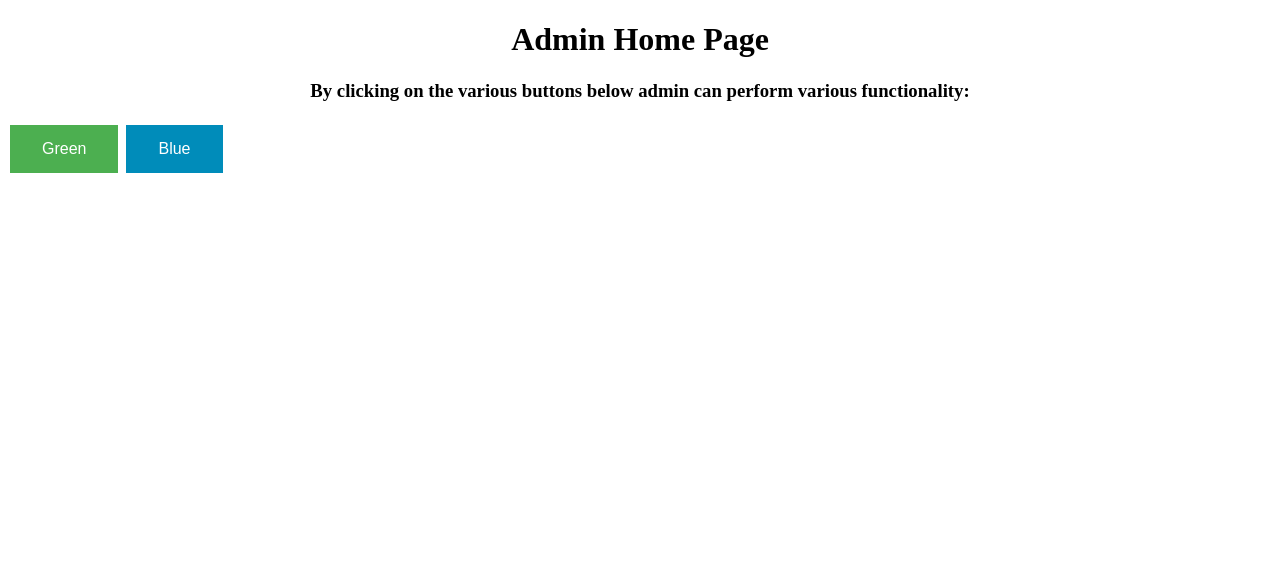
Repository: Shreya200012/FoodBox
Page: http://localhost/foodWeb/adminhome.jsp
The author's editor kept a copy of each file at every save. The page is drawn from the files as they stood at one save, then again after the next save.
The browser window is 1280 px wide. The pictures show the whole page.
The page is served by Tomcat 9.

Above is the page before, as saved 2022-06-14 11:48:35.

After the next save:
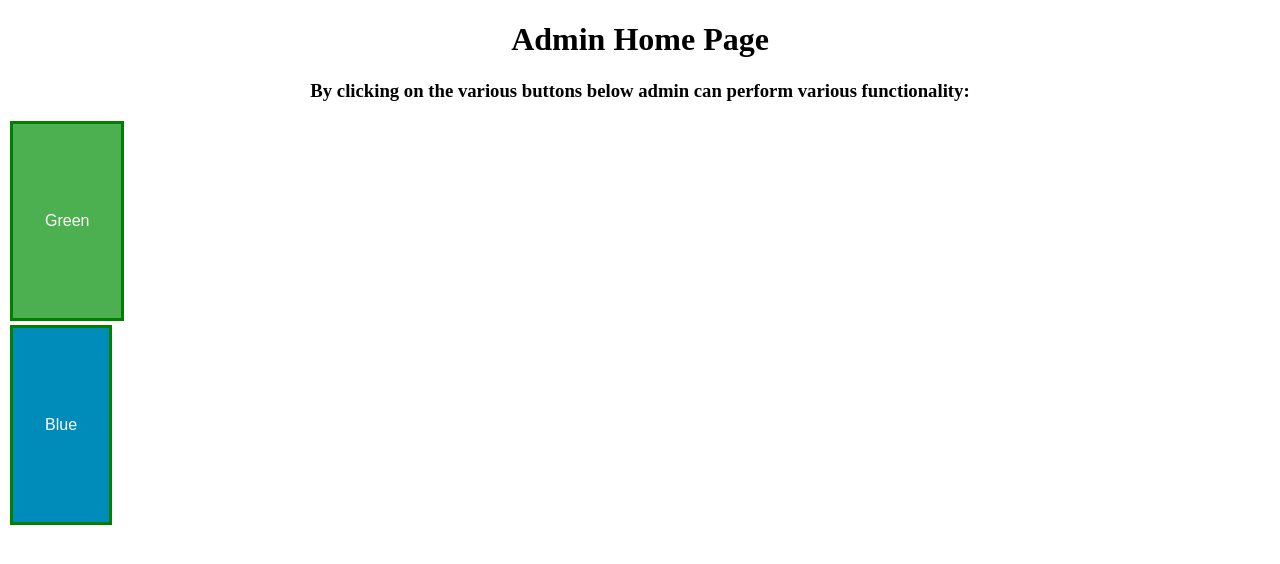
Saved 87 s later.
--- a/foodWeb/src/main/webapp/adminhome.jsp
+++ b/foodWeb/src/main/webapp/adminhome.jsp
@@ -17,6 +17,13 @@
   align: center;
 }
 
+.center {
+  display: flex;
+  justify-content: center;
+  align-items: center;
+  height: 200px;
+  border: 3px solid green;
+}
 .button1 {background-color: #4CAF50;} /* Green */
 .button2 {background-color: #008CBA;} /* Blue */
 </style>
@@ -26,8 +33,8 @@
 <h1 align="center">Admin Home Page</h1>
 <h3 align="center">By clicking on the various buttons below admin can perform various functionality: </h3>
 
-<button class="button button1" >Green</button>
-<button class="button button2" >Blue</button>
+<button class="button button1 center" >Green</button>
+<button class="button button2 center" >Blue</button>
 
 </body>
 </html>

After the save that followed:
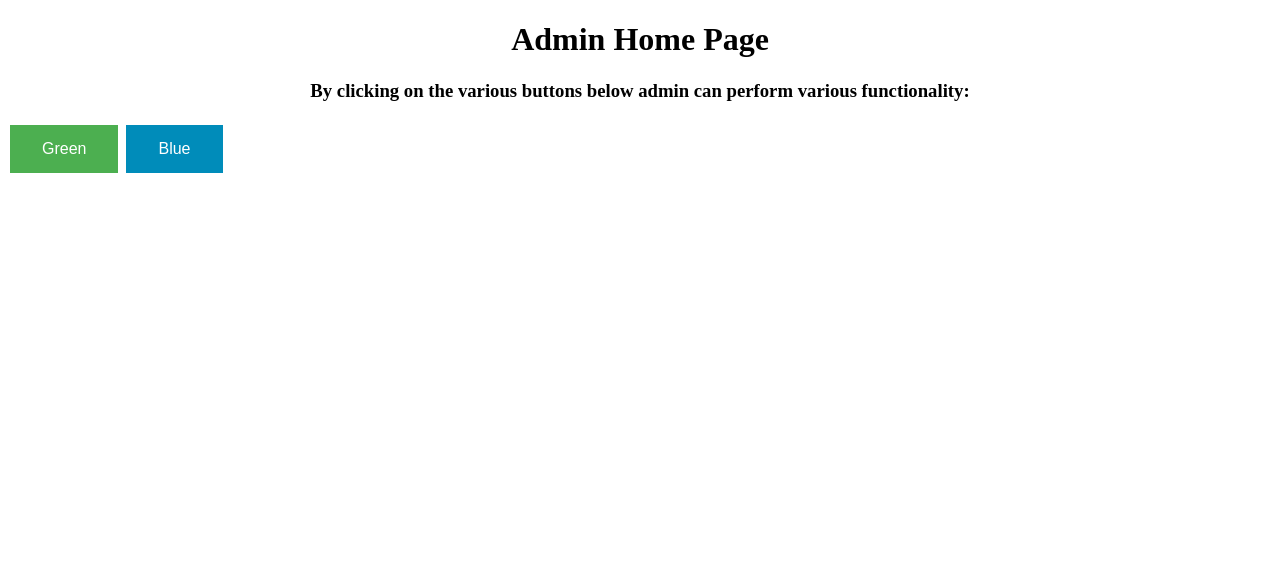
Saved 20 s later.
--- a/foodWeb/src/main/webapp/adminhome.jsp
+++ b/foodWeb/src/main/webapp/adminhome.jsp
@@ -17,13 +17,7 @@
   align: center;
 }
 
-.center {
-  display: flex;
-  justify-content: center;
-  align-items: center;
-  height: 200px;
-  border: 3px solid green;
-}
+
 .button1 {background-color: #4CAF50;} /* Green */
 .button2 {background-color: #008CBA;} /* Blue */
 </style>
@@ -33,8 +27,8 @@
 <h1 align="center">Admin Home Page</h1>
 <h3 align="center">By clicking on the various buttons below admin can perform various functionality: </h3>
 
-<button class="button button1 center" >Green</button>
-<button class="button button2 center" >Blue</button>
+<button class="button button1 " >Green</button>
+<button class="button button2 " >Blue</button>
 
 </body>
 </html>
